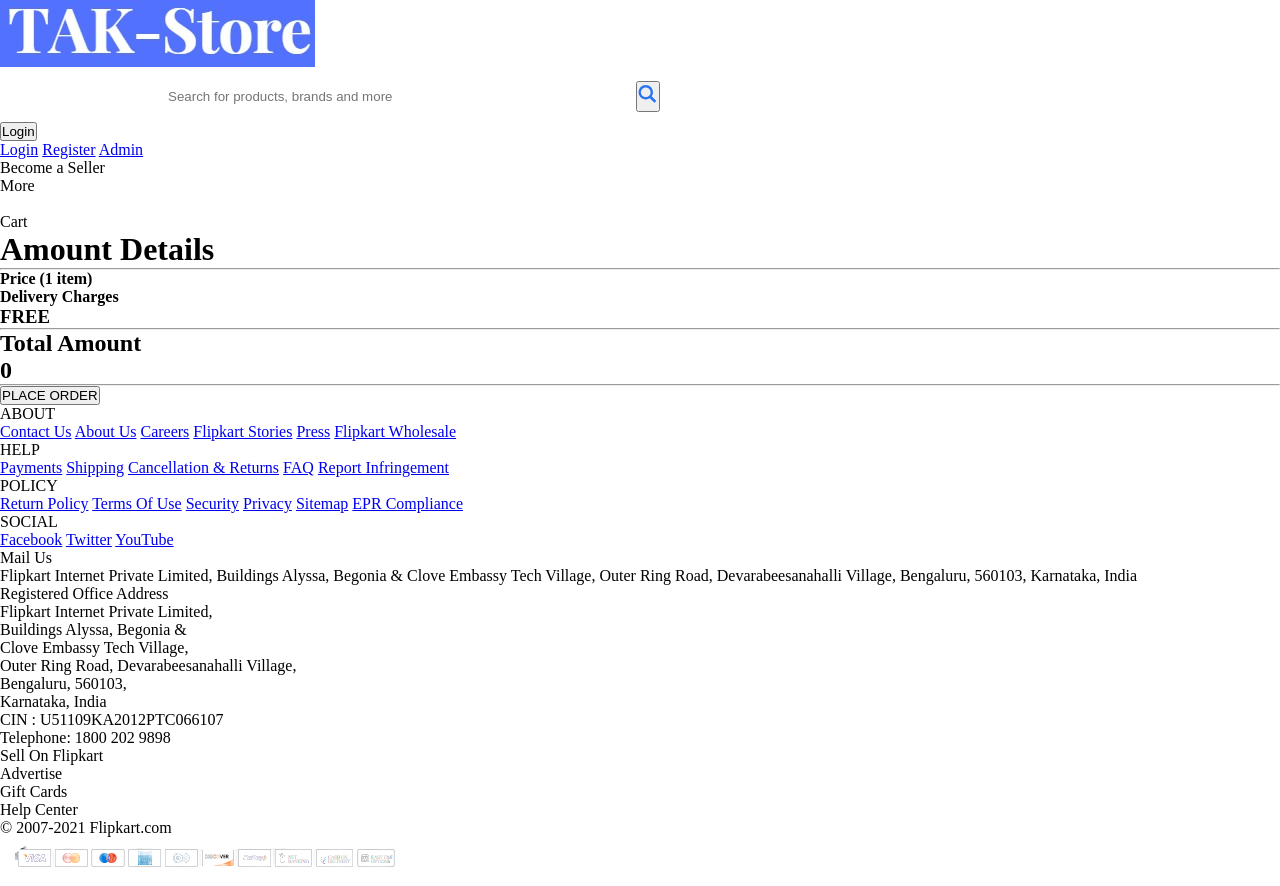
Repository: MSaifKhan01/TAK-Store
Page: PROJECT_Front/addTocart.html
These files come from the project's save history. The page is drawn as it stood at one moment and after the next save; the edit follows.
The browser window is 1280 px wide. The pictures show the whole page.
The page's requests for data from a server got no answer.

Above is the page before, as saved 2023-07-22 00:52:59.

### PROJECT_Front/addTocart.html
<!DOCTYPE html>
<html lang="en">

<head>
    <meta charset="UTF-8" />
    <meta http-equiv="X-UA-Compatible" content="IE=edge" />
    <meta name="viewport" content="width=device-width, initial-scale=1.0" />
    <title>Cart Page</title>

    <style>

    </style>

    <link rel="stylesheet" href="index.css">
</head>

<body>


    <header>
        <div class="nav-container">
            <div class="logo">
                <img src="./flipkart images/TAK_store4.jpg" alt="logo">
            </div>
            <div class="search">
                <div class="search-container">
                    <input id="searcBox" type="text" class="search-box"
                        placeholder="Search for products, brands and more">
                    <button id="searchBtn" class="search-btn">
                        <svg width="20" height="20" viewBox="0 0 17 18" class="" xmlns="http://www.w3.org/2000/svg">
                            <g fill="#2874F1" fill-rule="evenodd">
                                <path class="_34RNph"
                                    d="m11.618 9.897l4.225 4.212c.092.092.101.232.02.313l-1.465 1.46c-.081.081-.221.072-.314-.02l-4.216-4.203">
                                </path>
                                <path class="_34RNph"
                                    d="m6.486 10.901c-2.42 0-4.381-1.956-4.381-4.368 0-2.413 1.961-4.369 4.381-4.369 2.42 0 4.381 1.956 4.381 4.369 0 2.413-1.961 4.368-4.381 4.368m0-10.835c-3.582 0-6.486 2.895-6.486 6.467 0 3.572 2.904 6.467 6.486 6.467 3.582 0 6.486-2.895 6.486-6.467 0-3.572-2.904-6.467-6.486-6.467">
                                </path>
                            </g>
                        </svg>
                    </button>
                </div>
            </div>
            <div class="login">
                <div class="dropdown">
                    <!-- onclick="myFunction()" -->
                    <button class="dropbtn">Login</button>
                    <div id="myDropdown" class="dropdown-content">
                        <a href="login.html">Login</a>
                        <a href="signup.html">Register</a>
                        <a href="product.html">Admin</a>
                    </div>
                </div>
                <!-- <button>
                    <a style="text-decoration: none;" href="login.html">Login</a>

                </button> -->
            </div>
            <div class="become-seller">
                Become a Seller
            </div>
            <div class="more">
                More
                <svg width="4.7" height="8" viewBox="0 0 16 27" xmlns="http://www.w3.org/2000/svg" class="zZ3yfL">
                    <path d="M16 23.207L6.11 13.161 16 3.093 12.955 0 0 13.161l12.955 13.161z" fill="#fff"
                        class="_2gTTdy"></path>
                </svg>
            </div>
            <div class="cart">
                <svg class="V3C5bO" width="14" height="14" viewBox="0 0 16 16" xmlns="http://www.w3.org/2000/svg">
                    <path class="_1bS9ic"
                        d="M15.32 2.405H4.887C3 2.405 2.46.805 2.46.805L2.257.21C2.208.085 2.083 0 1.946 0H.336C.1 0-.064.24.024.46l.644 1.945L3.11 9.767c.047.137.175.23.32.23h8.418l-.493 1.958H3.768l.002.003c-.017 0-.033-.003-.05-.003-1.06 0-1.92.86-1.92 1.92s.86 1.92 1.92 1.92c.99 0 1.805-.75 1.91-1.712l5.55.076c.12.922.91 1.636 1.867 1.636 1.04 0 1.885-.844 1.885-1.885 0-.866-.584-1.593-1.38-1.814l2.423-8.832c.12-.433-.206-.86-.655-.86"
                        fill="#fff"></path>
                </svg>
                <p>Cart <span id="span"></span></p>

            </div>
        </div>
    </header>
    <!-- nav end -->

    <!-- <div id="mainpro"><h1 id="total">Your Total cart Price is:- Rs <span id="cart-total">0</span></h1> -->
    <div class="main">
        <div id="cart-container">
            <!-- Here Append All the cart Products -->

        </div>

        <div class="amount">
            <div>
                <h1 id="total">Amount Details</h1>
            </div>
            <hr>
            <div id="fisrt">
                <h4>Price (1 item)</h4>
                <h3 id="prcpritem"></h3>
            </div>



            <div id="fisrt">
                <h4>Delivery Charges</h4>
                <h3>FREE</h3>
            </div>
            <hr>
            <div id="fisrt">
                <h2>Total Amount</h2>
                <h2><span id="cart-total">0</span></h2>
            </div>
            <hr>
        </div>
    </div>
    <div class="plcordr">
        <button id="plcordrBtn">PLACE ORDER</button>
    </div>


    <!-- footer -->

    <footer>

        <div class="footer-row">
            <div class="footer-col-1">
                <div class="footer-heading">
                    <p>ABOUT</p>
                </div>
                <div class="footer-list">
                    <a href="#">Contact Us</a>
                    <a href="#">About Us</a>
                    <a href="#">Careers</a>
                    <a href="#">Flipkart Stories</a>
                    <a href="#">Press</a>
                    <a href="#">Flipkart Wholesale</a>
                </div>
            </div>
            <div class="footer-col-2">
                <div class="footer-heading">
                    <p>HELP</p>
                </div>
                <div class="footer-list">
                    <a href="#">Payments</a>
                    <a href="#">Shipping</a>
                    <a href="#">Cancellation & Returns</a>
                    <a href="#">FAQ</a>
                    <a href="#">Report Infringement</a>

                </div>
            </div>
            <div class="footer-col-3">
                <div class="footer-heading">
                    <p>POLICY</p>
                </div>
                <div class="footer-list">
                    <a href="#">Return Policy</a>
                    <a href="#">Terms Of Use</a>
                    <a href="#">Security</a>
                    <a href="#">Privacy</a>
                    <a href="#">Sitemap</a>
                    <a href="#">EPR Compliance</a>
                </div>
            </div>
            <div class="footer-col-4">
                <div class="footer-heading">
                    <p>SOCIAL</p>
                </div>
                <div class="footer-list">
                    <a href="#">Facebook</a>
                    <a href="#">Twitter</a>
                    <a href="#">YouTube</a>

                </div>
            </div>

            <div class="footer-col-5">
                <div class="footer-heading">
                    <p>Mail Us</p>
                </div>
                <div class="footer-list">
                    <p>Flipkart Internet Private Limited,
                        Buildings Alyssa, Begonia &
                        Clove Embassy Tech Village,
                        Outer Ring Road, Devarabeesanahalli Village,
                        Bengaluru, 560103,
                        Karnataka, India</p>

                </div>
            </div>

            <div class="footer-col-6">
                <div class="footer-heading">
                    <p>Registered Office Address</p>
                </div>
                <div class="footer-list-address">
                    <p>Flipkart Internet Private Limited,</p>
                    <p>Buildings Alyssa, Begonia &</p>
                    <p>Clove Embassy Tech Village,</p>
                    <p>Outer Ring Road, Devarabeesanahalli Village,</p>
                    <p>Bengaluru, 560103,</p>
                    <p>Karnataka, India</p>
                    <p>CIN : U51109KA2012PTC066107</p>
                    <p> Telephone:<span> 1800 202 9898</span></p>

                </div>
            </div>
        </div>
        <div class="footer-row2">
            <div class="footer-row2-col">
                <p> <i class="fas fa-shopping-bag"></i>Sell On Flipkart</p>
            </div>
            <div class="footer-row2-col">
                <p><i class="fas fa-star"></i>Advertise</p>
            </div>
            <div class="footer-row2-col">
                <p><i class="fas fa-gift"></i>Gift Cards</p>
            </div>
            <div class="footer-row2-col">
                <p><i class="fas fa-question-circle"></i>Help Center</p>
            </div>
            <div class="footer-row2-col">
                <p>© 2007-2021 Flipkart.com</p>
            </div>
            <div class="footer-row2-col">
                <img src="./flipkart images/payment.png" alt="payments">
            </div>
        </div>
    </footer>
</body>
<script src="./JS/addToCart.js"></script>
<script>
    // // Write all necessery JS here
    // let span = document.getElementById("span")

    // let Container = document.getElementById("cart-container");



    // function fecth(){
    //     fetch("http://localhost:8000/cart/", {
    //     method: "GET",
    //     headers: {
    //         "Authorization": `${sessionStorage.getItem("token")}`,
    //         "content-type": "application/json",
    //     },
    // })
    //     .then((res) => {
    //         return res.json();
    //     })
    //     .then((data) => {
    //         console.log("gwyjhsdcb")
    //         let arr=[]
    //     //    console.log(data)
    //         arr = [...data.Fashions , ...data.appliances , ...data.electronics]
    //         console.log("cart",arr);
    //         // console.log(data[0].Fashions)
    //         // console.log(data[0].appliances)
    //         // console.log(data[0].electronics)
    //         span.innerText = arr.length
    //         localStorage.setItem("length",arr.length)
    //         DisplayProduct(arr);
    //     });
    // }

    // fecth()

    // function DisplayProduct(data) {
    //     let total = document.getElementById("cart-total")
    //     const totalPro = document.getElementById("top")
    //     Container.innerHTML = "";
    //     data.forEach((product) => {
    //         let card = document.createElement("div");
    //         card.classList.add("card")
    //         let img = document.createElement("img");
    //         let brand = document.createElement("h4");
    //         let size = document.createElement("p");
    //         let details = document.createElement("p");
    //         let quantity = document.createElement("p");
    //         quantity.classList.add("qty")
    //         let price = document.createElement("h3");
    //         let Remove = document.createElement("button");
    //         let Increment = document.createElement("button");
    //         let Decrement = document.createElement("button");

    //         //  product.quantity=1;
    //         quantity.innerText = product.Quantity
    //         // quantity.innerText=+(quantity.innerText)
    //         img.src = product.data.image;
    //         let div1 = document.createElement("div");
    //         div1.classList.add("div1")
    //         div1.append(img)
    //         brand.textContent = product.data.description;
    //         size.innerText = product.data.size
    //         size.classList.add("size")
    //         //   category.textContent = product.category;
    //         price.textContent = `₹ ${product.data.new_price}`;
    //         details.textContent = product.data.stars;
    //         Remove.textContent = "Remove";
    //         Increment.textContent = "+";
    //         Decrement.textContent = "-";
    //         let div2 = document.createElement("div");
    //         div2.classList.add("div2")
    //         div2.append(brand, size, price, details, Remove, Increment, Decrement, quantity)

    //         Remove.addEventListener("click", () => {

    //             fetch(`http://localhost:8000/cart/delete/${product.data._id}`, {
    //                 method: "DELETE",
    //                 headers: {
    //                     "Authorization": `${sessionStorage.getItem("token")}`,
    //                     "content-type": "application/json",
    //                 },
    //             })
    //                 .then((res) => {
    //                     return res.json();
    //                 })
    //                 .then((data) => {
    //                     alert("Deleted succesfully")

    //                     console.log(data);
    //                     fecth()

    //                 });

    //         })
    //         Increment.addEventListener("click", () => {


    //             fetch(`http://localhost:8000/cart/inc/${product._id}`, {
    //                 method: "PATCH",
    //                 headers: {
    //                     "Content-Type": "application/json",
    //                     "Authorization": `${sessionStorage.getItem("token")}`
    //                 }
    //             })
    //                 .then((res) => {
    //                     return res.json()
    //                 })
    //                 .then((res) => {
    //                     // quantity.innerText = res.Quantity
    //                     // console.log(data)

    //                    fecth()
    //                 })
    //                 .catch((err) => {
    //                     console.log(err.message)

    //                 })

    //         })


    //         let total = document.getElementById("cart-total")
    //         let sum = 0
    //         for (let i = 0; i < data.length; i++) {
    //             sum += product.data.new_price * product.Quantity
    //         }
    //         total.innerText = sum
    //         //    total2.innerText = sum

    //         Decrement.addEventListener("click", () => {

    //             if (product.Quantity > 1) {

    //                 fetch(`http://localhost:8000/cart/dec/${product._id}`, {
    //                     method: "PATCH",
    //                     headers: {
    //                         "Content-Type": "application/json",
    //                         "Authorization": `${sessionStorage.getItem("token")}`
    //                     }
    //                 })
    //                     .then((res) => {
    //                         return res.json()
    //                     })
    //                     .then((res) => {
    //                         // quantity.innerText = res.Quantity
    //                         // console.log(data)
    //                         console.log(res)
    //                         fecth()
    //                     })
    //                     .catch((err) => {
    //                         console.log(err.message)
    //                     })
    //             }
    //         })

    //         Container.append(card);
    //         card.append(div1, div2);

    //     });
    // }

    // document.getElementById("plcordrBtn").addEventListener("click", () => {
    //     window.location.href = "./payment.html"
    // })


</script>

</html>

### PROJECT_Front/CSS/Index.css


 /* CSS styles for the navbar */
  * {
    margin: 0;
    padding: 0;
    box-sizing: border-box;
  }
  header{
    position: sticky;
    top: 0%;
  }

  .navbar {
    background-color: #0978ee;
    padding: 10px;
    display: flex;
    justify-content: space-between;
    /* flex-direction: row; */
    align-items: center;
    position: sticky;
  }

  .navbar-brand {
    color: #fff;
    font-weight: bold;
    text-decoration: none;
    width: 10%;
    font-size: 15px;
  }

  .navbar-nav {
    display: flex;
    flex-direction: row;
    font-size: 18px;
    list-style-type: none;
    gap: 15px;
    margin: 0;
    padding: 0;
    /* margin-right: 120px; */

  }

  #logoutName{
    color: #f1f1f1;
  }
  #logoutName button{
    background-color: #45a049;;
    color: #f1f1f1;
    border-radius: 5px;
    padding: 3px;

  }
  #Cartlength{
    color: #f40ab5;
  }

  /* Search bar styles */
  .search-container {
    display: flex;
    width: 500px;
    max-width: 450px;

    margin-left: 180px;

    margin-bottom: 10px;
    /* Added to separate the search bar in responsive mode */
  }

  input[type="text"] {
    flex: 1;
    padding: 10px;
    border: none;
  }

  button[type="submit"] {
    margin-right: 120px;
    background-color: #4caf50;
    color: white;
    padding: 10px 20px;
    border: none;
    cursor: pointer;
  }

  button[type="submit"]:hover {
    background-color: #45a049;
  }

  .navbar-nav li {
    margin-right: 15px;
  }

  .navbar-nav li a {
    color: #fff;
    text-decoration: none;
  }

  /* CSS styles for responsive design */
  @media (max-width: 400px) {
    .navbar {
      flex-direction: column;
    }

    .navbar-nav {
      margin-top: 10px;
      flex-direction: column;

    }

    .navbar-nav li {
      margin-right: 0;
      margin-bottom: 10px;
    }
  }

  @media (min-width: 601px) {
    /* Additional styles for larger screens */
    .search-container {
      max-width: 500px;
      margin-left: 160px;
      margin-top: 10px;
    }

    input[type="text"] {
      padding: 8px;
    }

    button[type="submit"] {
      padding: 8px 16px;
    }
  }

  /* CSS styles for sub-navbar */
  .sub-navbar {
    background-color: #f1f1f1;
    padding: 10px;
    display: flex;
    gap: 30px;
    justify-content: center;
    /* overflow-x: auto; */
  }

  .sub-navbar-item {
    display: flex;
    align-items: center;
    justify-content: center;

    margin-right: 15px;
    width: 60px;
    /* height: 60px; */
    border-radius: 50%;
    background-color: #f1f1f1;
  }


  .sub-navbar-item img {
    width: 64px;
  }

  .subNav {
    display: block;
  }

  #slideshow > img {
    width: 100%;
  }

  .carousel-item img {
    width: 100%;
    height: 100%;
  }


  .footer-items {
    display: flex;
    justify-content: space-around;
    background-color: dimgray;
    color: white;
  }

  #List-head {
    font-size: 25px;
    font-weight: bold;
    color: black;
  }

  #product {
    border-radius: 5px;
    padding: 40px;
    margin-bottom: 20px;

    box-shadow: rgba(50, 50, 93, 0.25) 0px 50px 100px -20px,
      rgba(0, 0, 0, 0.3) 0px 30px 60px -30px;
  }
  #product img{
    width: 50%;
  }


  #carroDiv {
    width: 90%;
    margin: auto;
  }

  .smallimages {
    display: flex;
    gap: 10px;
    justify-content: space-around;
    /* align-items: center; */
  }

  .topHead {
    display: flex;
    justify-content: space-between;
    box-shadow: rgba(0, 0, 0, 0.24) 0px 3px 8px;
    margin-bottom: 40px;
  }

  .common-heading-left {
    padding: 20px;
  }

  .common-heading-left > h2 {
    color: gray;
  }

  .ViewButton > h3 {
    margin: 30px;
    padding: 20px;
    background-color: #0978ee;
  }

Loaded but not shown: PROJECT_Front/JS/addToCart.js (164 lines, source omitted); PROJECT_Front/CSS/addToCart.css (463 lines, source omitted)

After the next save:
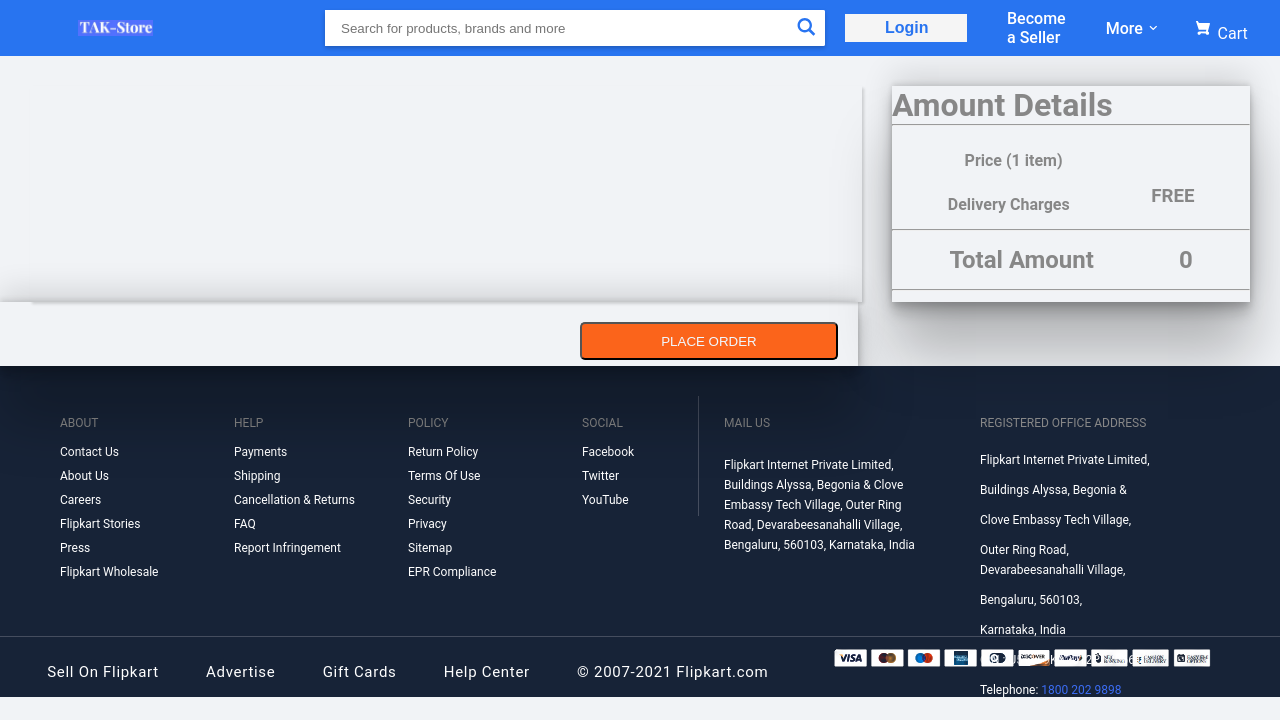
Saved 31 s later.
--- a/PROJECT_Front/addTocart.html
+++ b/PROJECT_Front/addTocart.html
@@ -6,7 +6,7 @@
     <meta http-equiv="X-UA-Compatible" content="IE=edge" />
     <meta name="viewport" content="width=device-width, initial-scale=1.0" />
     <title>Cart Page</title>
-
+    <link rel="stylesheet" type="text/css" href="./CSS/addToCart.css">
     <style>
 
     </style>
